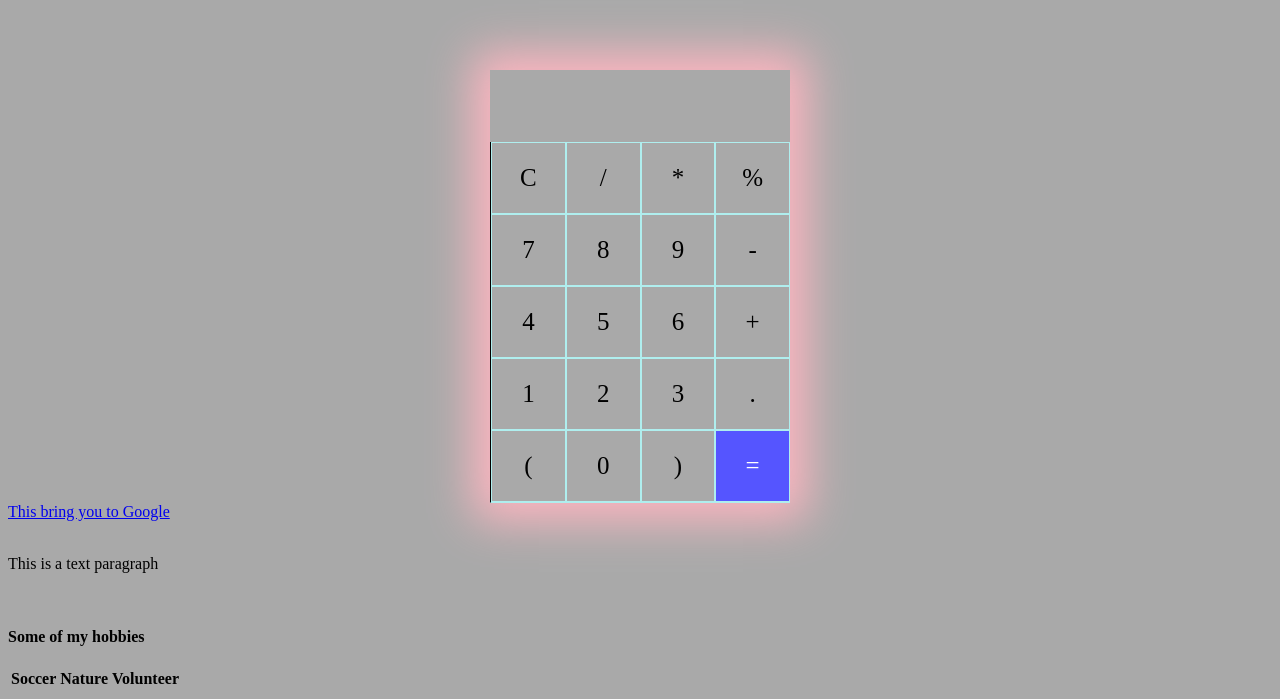
Repository: EX-Salesforce-Training/squad-repo-hapsburg-hopefuls
Page: squad-repo-hapsburg-hopefuls/abouteYao.html
The author's editor kept a copy of each file at every save. The page is drawn from the files as they stood at one save, then again after the next save.
The browser window is 1280 px wide. The pictures show the part of the page from y = 541 to 1240 px (the page is 1240 px tall).
A picture or video elsewhere on the page could not be fetched, so the positions and the page height are approximate.

Above is the page before, as saved 2021-11-27 10:21:12.

### squad-repo-hapsburg-hopefuls/abouteYao.html
<!DOCTYPE html>
<html>

<head>

    <title>This is a new day</title>

    <style>
       body {background-color: darkgray;

       }
       div {
          font-style: var(green);
       }
    </style>
    <meta charset="URL-8">
<meta name="viewport" content="width=device-width, initial-scale=1.0">
<link rel="stylesheet" href="abouteYao.css">
<br>
</head>

<body>
<div>
<ol>
    <h1 style="background-color: darkcyan;">My order list of fruit</h1>
    <li>Mango</li>
    <li>Orange</li>
    <li>Avocado</li>
</ol>
   <br>
   <br>
<ul>
    <h2 style="color:chartreuse">My unorder list of book</h2>

    <li> The richess man in Babylon</li>
    <li>How to read a book</li>
    <li>L'avanture de Bouma</li>

</ul>

</div>

   <br>
<div>
   <img style="width: 200px;" src="C:\Users\huber\OneDrive\Pictures\Camera Roll\new.jpg">
</div>
<br>
<section>
   <div class="container">
   <div id="display"></div>
   <div class="buttons">
   <div class="button">C</div>
   <div class="button">/</div>
   <div class="button">*</div>
   <div class="button">%</div>
   <div class="button">7</div>
   <div class="button">8</div>
   <div class="button">9</div>
   <div class="button">-</div>
   <div class="button">4</div>
   <div class="button">5</div>
   <div class="button">6</div>
   <div class="button">+</div>
   <div class="button">1</div>
   <div class="button">2</div>
   <div class="button">3</div>
   <div class="button">.</div>
   <div class="button">(</div>
   <div class="button">0</div>
   <div class="button">)</div>
   <div id ="equal" class="button">=</div>

   </div>
   </section>
   <script src="abouteYao.js"></script>
   <div>

<a href="https://www.google.com">This bring you to Google</a>

   </div>
<br>
<p class="Classname" Id="Cname" tabindex="">This is a text paragraph</p>
<br>
<div>
<h4>Some of my hobbies</h4>

 <table>
    <tr>
        <th>Soccer</th>
        <th>Nature</th>
        <th>Volunteer</th>
    </tr>

 </table>
</div>
</body>
</html>

### squad-repo-hapsburg-hopefuls/abouteYao.css
.container {
    max-width: 300px;
    margin: 10vh auto 0 auto;
    box-shadow: 0px 0px 43px 17px lightpink;
    }
    #display {
       text-align: right;
       height:40px;
       line-height:40px;
       padding: 16px 8px;
       font-size: 25px;
    }
    .buttons {
    display: grid;
    border-bottom: 1px solid paleturquoise;
    border-left: 1px solid black;
    grid-template-columns: 1fr 1fr 1fr 1fr;
    }
    .buttons div {
    Border-top: 1px solid paleturquoise;
    Border-right: 1px solid paleturquoise;
    }
    .button {
    Border: 0.5px solid paleturquoise;
    Line-height: 70px;
    Text-align: center;
    Font-size: 25px;
    Cursor: pointer;
    }
    #equal {
    Background-color: #5555ff;
    Color: #fff;
    }
    .button:hover {
    Background-color: #323330;
    Color: #fff;
    Transition: 0.5s ease-in-out;
    }

### squad-repo-hapsburg-hopefuls/abouteYao.js
let display = document.getElementById('display');
let buttons = Array.from(document.getElementsByClassName('button'));
buttons.map( button => {
button.addEventListener('click', (e) => {
    switch(e.target.innerText) {

        case 'C':
            display.innerText ='';
            break;
        case '=':
        try{
        display.innerText = eval(display.innerText);
        }
        catch{
        display.innerText ='ERROR';
        }
        break;
        default:
        display.innerText += e.target.innerText;
        }
        });
        });

After the next save:
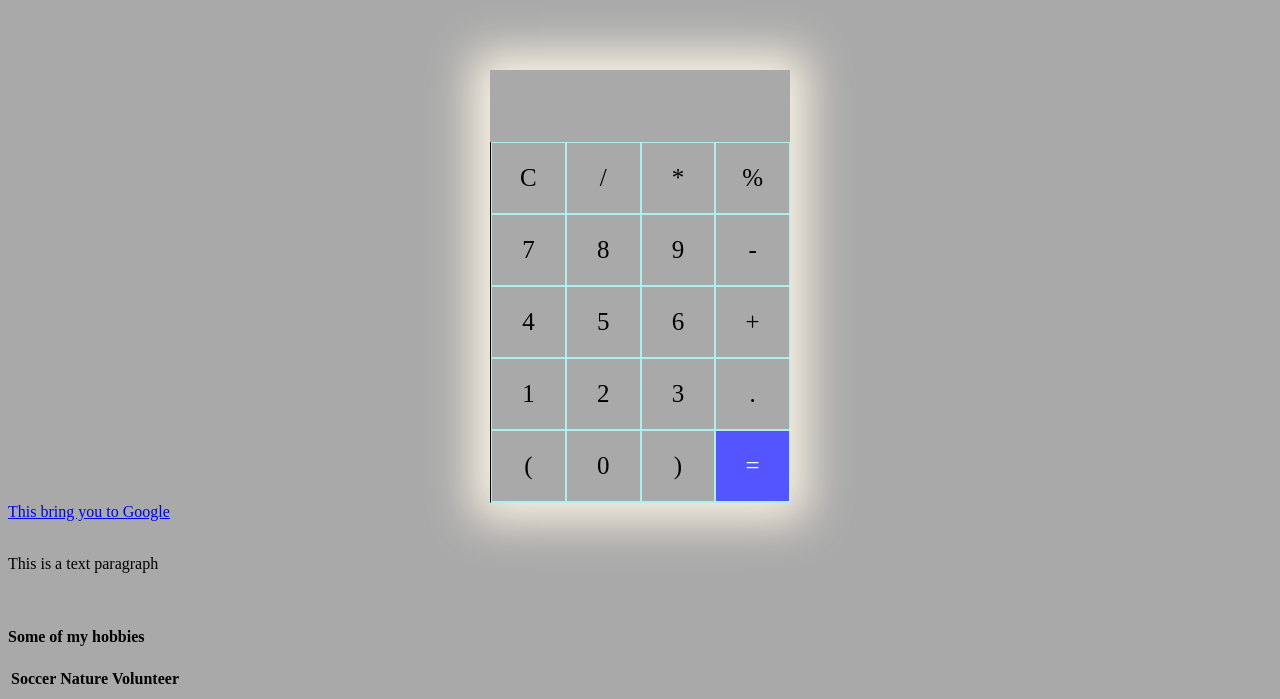
Saved 47 s later.
--- a/squad-repo-hapsburg-hopefuls/abouteYao.css
+++ b/squad-repo-hapsburg-hopefuls/abouteYao.css
@@ -1,7 +1,7 @@
 .container {
     max-width: 300px;
     margin: 10vh auto 0 auto;
-    box-shadow: 0px 0px 43px 17px lightpink;
+    box-shadow: 0px 0px 43px 17px oldlace;
     }
     #display {
        text-align: right;
